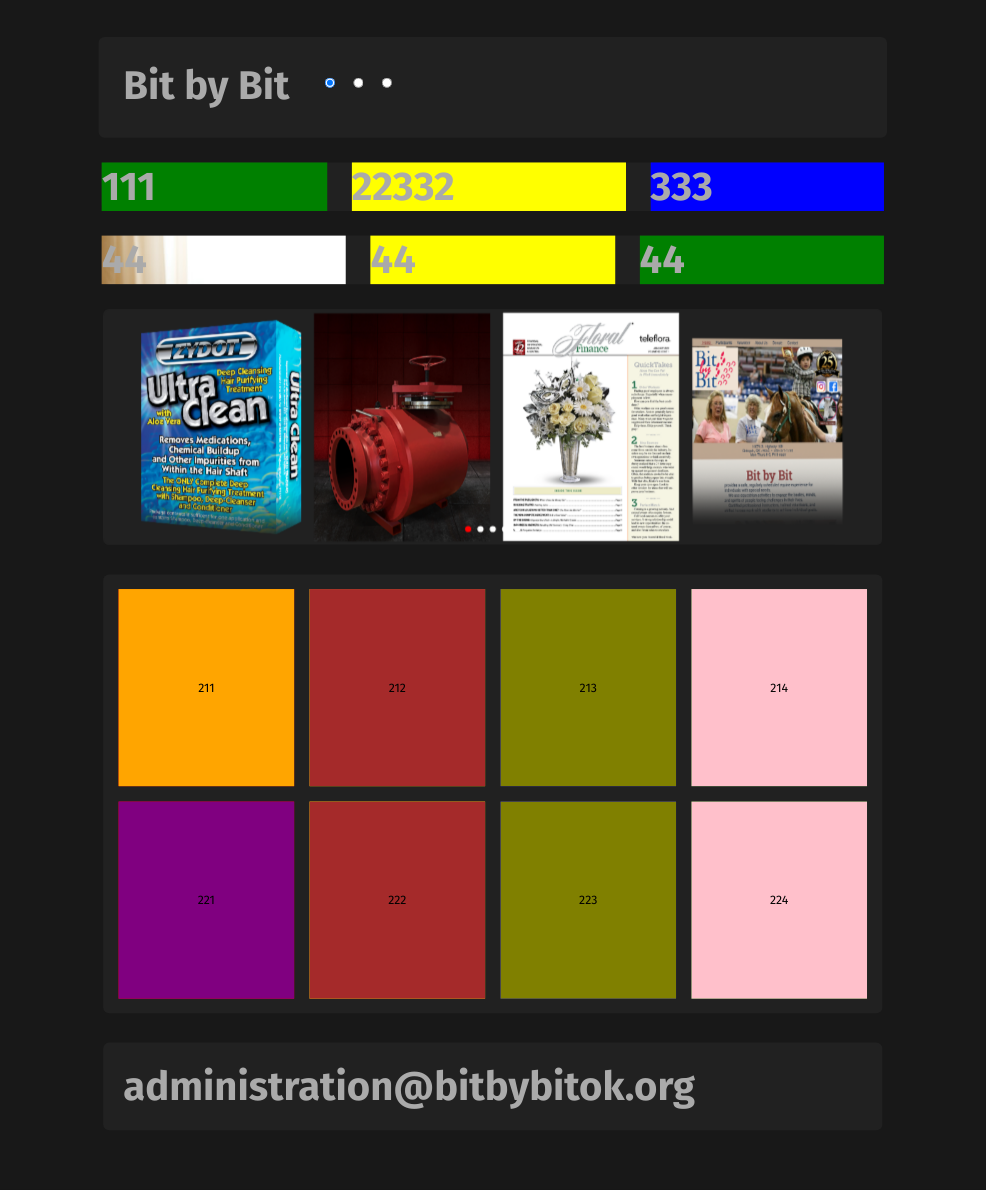
Repository: randy918/portfolio-8
Page: index.html
The author's editor kept a copy of each file at every save. The page is drawn from the files as they stood at one save, then again after the next save.
The browser window is 1280 px wide. The pictures show the whole page, at 77% of full size.
Some web libraries are served in a nearby version. The style sheet was rebuilt from its Sass, Less or Tailwind sources for each picture, by a compiler version that may differ from the author's.

Above is the page before, as saved 2023-09-15 21:32:18.

### index.html
<!DOCTYPE html>
<html lang="en">
<head>
    <meta charset="UTF-8">
    <meta http-equiv="X-UA-Compatible" content="IE=edge">
    <meta name="viewport" content="width=device-width, initial-scale=1.0">
    <script src="https://kit.fontawesome.com/75265fbb8a.js" crossorigin="anonymous"></script>
    <title>Bit by Bit New</title>
    <link
  rel="stylesheet"
  href="https://cdn.jsdelivr.net/npm/swiper@9/swiper-bundle.min.css"
/>
    <link rel="stylesheet" href="css/index.css" />
</head>
<body>


    <nav >Bit by Bit
		<form class="theme-picker" action="">
		<fieldset>
			<legend class = "visually-hidden"><h1>Pick a color scheme:</h1></legend>
			<label for="color-theme" class = "visually-hidden"><h2>Dark</h2></label>
			<input type = "radio"
			name="color-theme" id = "dark-theme" checked>

			<label for="color-theme" class = "visually-hidden"><h2>Bit by Bit</h2></label>
			<input type = "radio"
			name="color-theme" id = "bbb-theme">

			<label for="color-theme" class = "visually-hidden"><h2>Modern</h2></label>
			<input type = "radio"
			name="color-theme" id = "modern-theme">

		</fieldset>
	</form>
</nav>

<div class="nav2">
<div class="nav2__item nav2__item--11">111</div>
<div class="nav2__item nav2__item--12">22332</div>
<div class="nav2__item nav2__item--13">333</div>
</div>

<div class="nav3">
<div class="nav3__item nav3__item--11">44</div>
<div class="nav3__item nav3__item--12">44</div>
<div class="nav3__item nav3__item--13">44</div>
</div>

    <header>

<div class="swiper" id="swiper-1">
  <!-- Additional required wrapper -->
  <div class="swiper-wrapper">
    <!-- Slides -->
    <div class="slide1 swiper-slide "><img src="./images/3-04023-swiper-1.png"></div>
    <div class="slide2 swiper-slide"><img src="./images/3-04023-swiper-2.png"></div>
    <div class="slide3 swiper-slide"><img src="./images/3-04023-swiper-3.png"></div>
    <div class="slide4 swiper-slide"><img src="./images/3-04023-swiper-4.png"></div>
    <div class="slide5 swiper-slide"><img src="./images/3-04023-swiper-44.png"></div>
  </div>
  <!-- If we need pagination -->
  <div class="swiper-pagination"></div>

  <!-- If we need navigation buttons -->
  <!-- <div class="swiper-button-prev"></div>
  <div class="swiper-button-next"></div> -->


</header>

    <main>
        <d

        <div class="piece__container">
               <div class="piece__item piece__item111">111</div>
               <div class="piece__item piece__item112">112</div>
               <div class="piece__item piece__item113">113</div>
               <div class="piece__item piece__item114">114</div>

               <div class="piece__item piece__item121">121</div>
               <div class="piece__item piece__item122">122</div>
               <div class="piece__item piece__item123">123</div>
               <div class="piece__item piece__item124">124</div>

               <div class="piece__item piece__item211">211</div>
               <div class="piece__item piece__item212">212</div>
               <div class="piece__item piece__item213">213</div>
               <div class="piece__item piece__item214">214</div>

               <div class="piece__item piece__item221">221</div>
               <div class="piece__item piece__item222">222</div>
               <div class="piece__item piece__item223">223</div>
               <div class="piece__item piece__item224">224</div>
        </div>
    </div>

    </main>

    <div></div>
    <footer>administration@bitbybitok.org</footer>

    <script src="https://cdn.jsdelivr.net/npm/swiper@9
    /swiper-bundle.min.js"></script>
        		<script src="js/myfunctions.js"></script>
		<script src="js/index.js"></script>
</body>
</html>

### js/myfunctions.js
//todo    Version 40423.0920
//todo
//todo   function a(toAlert)
//todo   function c(toConsole)
//todo   function cb(toConsole)
//todo   function ce(toConsole)
//todo   function cg(toConsole)
//todo   function co(toConsole)
//todo   function cr(toConsole)
//todo   function cv(toConsole)
//todo   function cw(toConsole)
//todo   function r(min, max)  Random integers, can be just 'max'
//todo   function getTime()--works! it is 72519.1414 format
//todo   function getCompleteDate()
//todo   function getMinute()
//todo   function getHour()
//todo   function getHour00()
//todo   function get24Hour()
//todo   function get24Hour00()
//todo   function getDay()
//todo   function getDay00()
//todo   function getMonth()
//todo   function getMonth00()
//todo   function getYear()
//todo   function getYear00()
//todo   function t()    eternal timestamp long number
//todo   function placeText(myIdClass, text)   unsure if it works?
//todo   function placeText2(myIdClass, text)   unsure if it works?
//todo   function getText(myIdClass)....brings whole line incl. tags
//todo   function getInnerText(myIdClass)
//todo   function getOuterText(myIdClass)
//todo   function addClass(myIdClass, newClass)
//todo   function removeClass(myIdClass, removeClass)
//todo   function changeBackgroundColor(myIdClass, color)
//todo   function changeTypeColor(myIdClass, color)
//todo   function changeTypeSize(myIdClass, size)
//todo   function addCSSText(myIdClass, text)

function a(toAlert) {
	alert(toAlert);
}

function c(toConsole) {
	console.log(toConsole);
}

function cb(toConsole) {
	var styles = [
		// 'font-size: 30px',
		"color: blue",
	].join(";");
	console.log(`%c` + toConsole, styles);
}

function ce(toConsole) {
	console.error(toConsole);
}

function cg(toConsole) {
	var styles = [
		// 'font-size: 30px',
		"color: green",
	].join(";");
	console.log(`%c` + toConsole, styles);
}

function co(toConsole) {
	var styles = [
		// 'font-size: 30px',
		"color: orange",
	].join(";");
	console.log(`%c` + toConsole, styles);
}

function cr(toConsole) {
	var styles = [
		// 'font-size: 30px',
		"color: red",
	].join(";");
	console.log(`%c` + toConsole, styles);
}

function cv(toConsole) {
	var styles = [
		// 'font-size: 30px',
		"color: violet",
	].join(";");
	console.log(`%c` + toConsole, styles);
}

function cw(toConsole) {
	console.warn(toConsole);
}

function r(min, max) {
	// 2.0, accepts single value for 1-x
	if (max === undefined) {
		max = min;
		min = 1;
	}
	const randomNumber =
		min - 1 + Math.ceil(Math.random() * (max + 1 - min));
	return randomNumber;
}
// may not be a real function
function getTime() {
	var today = new Date();
	var codeMonth = today.getMonth() + 1;
	var codeDay = today.getDate();
	if (codeDay < 10) {
		codeDay = "0" + codeDay;
	}
	var codeMinute = today.getMinutes();
	var codeHour = today.getHours();
	if (codeMinute < 10) {
		codeMinute = "0" + codeMinute;
	}
	if (codeHour < 10) {
		codeHour = "0" + codeHour;
	}
	var codeYear = today.getFullYear() - 2000;
	var dateTime =
		codeMonth +
		"" +
		codeDay +
		"" +
		codeYear +
		"." +
		codeHour +
		"" +
		codeMinute;
	// document.getElementById(`timeStamp`).innerHTML = dateTime;
	t = setTimeout(function () {
		getTime();
	}, 30000);
	return dateTime;
}

function getCompleteDate() {
	const today = new Date();
	return today;
}

function getMinute() {
	const today = new Date();
	const codeMinute = today.getMinutes();
	if (codeMinute < 10) {
		codeMinute = "0" + codeMinute;
	}
	return codeMinute;
}

function getMinute00() {
	const today = new Date();
	let codeMinute = today.getMinutes();
	if (codeMinute < 10) {
		codeMinute = "0" + codeMinute;
	}
	return codeMinute;
}

function getHour() {
	const today = new Date();
	let codeHour = today.getHours();
	if (codeHour > 12) {
		codeHour = codeHour - 12;
	}
	return codeHour;
}

function getAmPm() {
	let amPm = "am";
	const today = new Date();
	let codeHour = today.getHours();
	if (codeHour > 12) {
		amPm = "pm";
	}
	return amPm;
}

function getHour00() {
	const today = new Date();
	const codeHour = today.getHours();
	if (codeHour > 12) {
		codeHour = codeHour - 12;
	}
	if (codeHour < 10) {
		codeHour = "0" + codeHour;
	}
	return codeHour;
}

function get24Hour() {
	const today = new Date();
	const codeHour = today.getHours();
	return codeHour;
}

function get24Hour00() {
	const today = new Date();
	const codeHour = today.getHours();
	if (codeHour < 10) {
		codeHour = "0" + codeHour;
	}
	return codeHour;
}

function getDayVerbal() {
	const today = new Date();
	const codeDay = today.getDay() + 1;
	return theDay[codeDay];
}

function getDay00() {
	const today = new Date();
	const codeDay = today.getDate();
	if (codeDay < 10) {
		codeDay = "0" + codeDay;
	}
	return codeDay;
}

function getDay() {
	const today = new Date();
	const codeDay = today.getDate();
	return codeDay;
}

function getMonthVerbal() {
	const today = new Date();
	const codeMonth = today.getMonth() + 1;
	return theMonth[codeMonth];
}

function getMonth00() {
	const today = new Date();
	const codeMonth = today.getMonth() + 1;
	if (codeMonth < 10) {
		codeMonth = "0" + codeMonth;
	}
	return codeMonth;
}

function getMonth() {
	const today = new Date();
	const codeMonth = today.getMonth() + 1;
	return codeMonth;
}

function getYear00() {
	const today = new Date();
	const codeYear = today.getYear() - 100;
	if (codeYear < 10) {
		codeMYear = "0" + codeYear;
	}
	return codeYear;
}

function getYear() {
	const today = new Date();
	const codeYear = today.getYear() + 1900;
	return codeYear;
}

function t() {
	const now = new Date();
	eventTimestamp = now.getTime();
	// c(eventTimestamp);
	return eventTimestamp;
}
//    !  72419.1659 DOM MANIPULATION
//!
//!  placeText   element name, and text to put there--runs loosely?

function placeText(myIdClass, text) {
	const myElement = document.querySelector(myIdClass);
	myElement.innerText = text;
}
//    the function is longer than the original
// $(myIdClass).text(text)   <---works
function placeText2(myIdClass, text) {
	$(myIdClass).text(text);
}
function getText(myIdClass) {
	return document.querySelector(myIdClass);
}

function getInnerText(myIdClass) {
	return document.querySelector(myIdClass).innerHTML;
}

function getOuterText(myIdClass) {
	return document.querySelector(myIdClass).outerHTML;
}

function addClass(myIdClass, newClass) {
	document.querySelector(myIdClass).classList.add(newClass);
}

function removeClass(myIdClass, removeClass) {
	document.querySelector(myIdClass).classList.remove(removeClass);
}
// not sure what this one is for now
function containsClass(myIdClass, containsClass) {
	document
		.querySelector(myIdClass)
		.classList.contains(containsClass);
}
// above, can switch and toggle  also  mmtuts YOUTUBE 29-31 USING JAVASCRIPT
function changeBackgroundColor(myId, color) {
	document.getElementById(myId).style.background = color;

	// document.querySelector(myIdClass).style.backgroundColor = color;
}

function changeTypeColor(myIdClass, color) {
	document.querySelector(myIdClass).style.color = color;
}

function changeTypeSize(myIdClass, size) {
	document.querySelector(myIdClass).style.fontSize = size;
}

function addCSSText(myIdClass, text) {
	document.querySelector(myIdClass).style.cssText = text;
}

//!  72519.1714    Common Basic VARIABLE ARRAYS
var theDay = new Array(
	"Zero",
	"Sunday",
	"Monday",
	"Tuesday",
	"Wednesday",
	"Thursday",
	"Friday",
	"Saturday"
);
var theDayMin3 = new Array(
	"Zero",
	"Sun.",
	"Mon.",
	"Tues.",
	"Wed.",
	"Thurs.",
	"Fri.",
	"Sat."
);
var theDayMin2 = new Array(
	"Zero",
	"S",
	"M",
	"Tu",
	"W",
	"Th",
	"F",
	"S"
);
var theDayMin1 = new Array("Zero", "S", "M", "T", "W", "T", "F", "S");
var theMonth = new Array(
	"Zero",
	"January",
	"February",
	"March",
	"April",
	"May",
	"June",
	"July",
	"August",
	"September",
	"October",
	"November",
	"December"
);
var theMonthMin = new Array(
	"Zero",
	"Jan.",
	"Feb.",
	"Mar.",
	"Apr.",
	"May",
	"June",
	"July",
	"Aug.",
	"Sept.",
	"Oct.",
	"Nov.",
	"Dec."
);

function showDateTimeFormat() {
	const today = new Date();
	const formattedDate = new Intl.DateTimeFormat("en-US").format(
		today
	);
	const consoleFunctioningMessage = `
Console functioning: ${getDayVerbal()}, ${getMonthVerbal()} ${getDay()} at ${getHour()}:${getMinute00()}${getAmPm()}
  `;
	return consoleFunctioningMessage;
}
showDateTimeFormat();

console.log(
	`%c${showDateTimeFormat()}`,
	"font-size: 20px; color: gray"
);

//console.log("%cThis is a default font style", "color: blue; font-size: 20px");

### js/index.js
co("javascript testing OK");

cr(`This is ${getCompleteDate()}`);

const main = function () {
  new Swiper("#swiper-1", {
    effect: "cube", // delete for sideways motion, use fade
    autoplay: {
      delay: 66500,
    },
    pagination: {
      el: "#swiper-1 .swiper-pagination",
      clickable: true,
    },
    lazyloading: true,
    loop: true,
  });
};
main();

### css/index.scss
//! VARIABLES

@import url("https://fonts.googleapis.com/css2?family=Fira+Sans:ital,wght@0,400;0,700;0,900;1,400;1,700;1,900&display=swap");
:root {
  --border-radius: 0.5rem;
  --width-max: 75vw;

  --background-color: rgb(24, 24, 24);
  --background-color--cell: rgb(33, 33, 33);

  --gap: 2rem;
  --gap-big: 3rem;

  --type-color-one: rgb(170, 170, 170);
  --type-color-two: rgb(61, 61, 61);

  --font-size-400: 1rem;
  --font-size-700: 1.25rem;
  --font-size-900: 1.5rem;
  --font-size-ultra: 3.25rem;
}

//!  SETUP

* *::before,
* *::after {
  box-sizing: border-box;
  border: none;
}
* body,
* h1,
* h2,
* h3,
* h4,
* p,
* figure,
* blockquote,
* dl,
* dd {
  margin: 0;
  font-family: "Fira Sans", sans-serif;
}

//! BASIC

body {
  margin-top: var(--gap-big);
  background-color: var(--background-color);
}

h1 {
  font-size: var(--font-size-700);
  color: var(--type-color-one);
}

h2 {
  font-size: var(--font-size-400);
  color: var(--type-color-one);
}

body::-webkit-scrollbar {
  display: none;
}

//! DICTIONARY

.theme-picker > fieldset {
  border: 0;
  display: flex;
  gap: 1rem;
  width: fit-content;
  // background: #ffff;
  // padding: 1rem 3rem;
  // margin-inline:auto;
  // border-radius: 0 0
}

.visually-hidden {
  clip: rect(0, 0, 0, 0);
  clip-path: inset(50%);
  height: 1px;
  overflow: hidden;
  position: absolute;
  white-space: nowrap;
  width: 1px;
}

.st1 {
  stroke-dasharray: 6000px;
  stroke-dashoffset: 6000px;
  transition: 10s all;
}

//! MAPPED STEP BY STEP

nav {
  display: flex;
  color: var(--type-color-one);
  font-family: "Fira Sans", sans-serif;
  font-weight: 700;
  font-size: var(--font-size-ultra);
  padding: var(--gap);
  margin: 0 auto;
  background-color: var(--background-color--cell);
  border-radius: var(--border-radius);
  width: var(--width-max);
}

//! NAV2 is a fully explained Flex module 9-11-23-2029

.nav2 {
  //! CRITICAL FLEX BOX PARAMETERS Ideal
  display: flex;
  justify-content: begin;
  gap: var(--gap);
  //! (horizontal) flex-start flex-end center space-between space-around space-evenly
  align-items: flex-start;
  //! (vertical) flex-start flex-end center space-between space-around space-evenly
  flex-direction: row;
  //! row(default) row-reverse column column-reverse
  color: var(--type-color-one);
  background-color: var(--background-color--cell);

  font-family: "Fira Sans", sans-serif;
  font-weight: 700;
  font-size: var(--font-size-ultra);

  padding: calc(var(--gap) * 0);
  padding-left: calc(var(--gap) * 0);
  padding-right: calc(var(--gap) * 0);
  margin: 0 auto;
  margin-top: var(--gap);

  border-radius: var(--border-radius);
  width: calc(var(--width-max) + 3.5rem);

  &__item {
    display: flex;
    flex-wrap: nowrap;
    background-color: red;

    &--11 {
      display: flex;
      flex-wrap: nowrap;
      align-self: flex-start;
      flex-grow: 1;
      //! flex-basis: 0; to adjust starting size before flex-grow

      // height: 3rem;
      background-color: green;
    }

    &--12 {
      display: flex;
      flex-wrap: nowrap;
      align-self: flex-start;
      flex-grow: 1;

      // height: 5rem;
      background-color: yellow;
    }

    &--13 {
      display: flex;
      flex-wrap: nowrap;
      align-self: flex-start;
      flex-grow: 1;

      // height: 7rem;
      background-color: blue;
    }
  }
}

.nav2__item {
}

.nav2__item11 {
}
.nav2__item12 {
  background-color: blue;
}

.nav3 {
  //! CRITICAL FLEX BOX PARAMETERS Ideal
  display: flex;
  justify-content: begin;
  gap: var(--gap);
  //! (horizontal) flex-start flex-end center space-between space-around space-evenly
  align-items: flex-start;
  //! (vertical) flex-start flex-end center space-between space-around space-evenly
  flex-direction: row;
  //! row(default) row-reverse column column-reverse
  color: var(--type-color-one);
  background-color: var(--background-color--cell);

  font-family: "Fira Sans", sans-serif;
  font-weight: 700;
  font-size: var(--font-size-ultra);

  padding: calc(var(--gap) * 0);
  padding-left: calc(var(--gap) * 0);
  padding-right: calc(var(--gap) * 0);
  margin: 0 auto;
  margin-top: var(--gap);

  border-radius: var(--border-radius);
  width: calc(var(--width-max) + 3.5rem);

  &__item {
    display: flex;
    flex-wrap: nowrap;
    background-color: red;

    &--11 {
      display: flex;
      flex-wrap: nowrap;
      align-self: flex-start;
      flex-grow: 1;
      //! flex-basis: 0; to adjust starting size before flex-grow

      // height: 3rem;
      background-color: green;
      background-image: url("../images/shutterstock_1079740604-MEDIUM.jpg")
    }

    &--12 {
      display: flex;
      flex-wrap: nowrap;
      align-self: flex-start;
      flex-grow: 1;

      // height: 5rem;
      background-color: yellow;
    }

    &--13 {
      display: flex;
      flex-wrap: nowrap;
      align-self: flex-start;
      flex-grow: 1;

      // height: 7rem;
      background-color: green;
    }
  }
}

.nav3__item {
}

.nav3__item11 {
}
.nav3__item12 {
  background-color: green;
}

.division-container {
  display: grid;
  grid-auto-columns: 1fr;
  grid-template-columns: 3.5fr repeat(2, 2fr);
  grid-template-rows: 1fr;
  gap: 0px 16px;
  width: 100%;
  height: 100%;
}

header {
  margin: 0 auto;
  margin-top: 2.5vw;
  width: 79vw;
  background-size: cover;
}

.swiper {
  height: 24vw;
  background-color: var(--background-color--cell);
  border-radius: var(--border-radius);
  overflow: hidden;
}

.swiper-slide img {
  background-color: var(--background-color--cell);
  height: 100%;
  -o-object-fit: cover;
  object-fit: cover;
  -o-object-position: center;
  object-position: center;
  width: 79vw;
  border-radius: var(--border-radius);
}

#swiper-1 .swiper-pagination {
  bottom: 1vw;
}

#swiper-1 .swiper-pagination-bullet {
  opacity: 1;
  background-color: white;
}

#swiper-1 .swiper-pagination-bullet-active {
  opacity: 1;
  background-color: red;
}

main {
  display: block;
  margin-top: 3vw;
}

.select__container {
  background-color: var(--background-color--cell);
  border-radius: var(--border-radius);
  display: flex;
  flex-direction: row;
  align-items: center;
  height: 6vw;
  justify-content: center;
  margin-bottom: 3vw;
  margin-top: 3vw;
  margin: 0 auto;
  padding-bottom: 1.5vw;
  padding-left: 0.5vw;
  padding-right: 0.5vw;
  padding-top: 1.5vw;
  width: 78vw;
  color: rgb(170, 170, 170);
}
.select__item {
  display: flex;
  background-color: rgb(24, 24, 24);
  font-size: var(--font-size-400);
  padding: 2vw;
  margin-left: 1vw;
  margin-right: 1vw;
  height: 45%;
  border-radius: calc(var(--border-radius) * 0.5);
  flex-grow: 1;
  justify-content: center;
}
.select__item0 {
  background-color: rgb(24, 24, 24);
  flex-grow: 4;
  padding-left: 2vw;
  padding-right: 2vw;
  padding-top: 0.5vw;
  padding-bottom: 0.5vw;
  width: 20vw;
  height: 100%;
}

.piece__ {
  &container {
    background-color: var(--background-color--cell);
    border-radius: var(--border-radius);
    margin: 0 auto;
    margin-top: 3vw;
    margin-bottom: 3vw;
    padding-top: 1.5vw;
    padding-bottom: 1.5vw;
    width: 76vw;
    margin-left: 10.5vw;
    padding-left: 1.5vw;
    padding-right: 1.5vw;
    display: grid;
    grid-template-rows: repeat(2, 20vw);
    grid-template-columns: repeat(4, 1fr);
    grid-row-gap: 1.5vw;
    grid-column-gap: 1.5vw;
  }
}

.piece__item {
  display: flex;
  background-color: rgb(24, 24, 24);
  padding: 2vw;
  align-items: center;
  justify-content: center;
}

.piece__item111 {
  background-color: red;
  grid-column: 1 /2;
  grid-row: 1 / 2;
}

.piece__item112 {
  background-color: yellow;
  grid-column: 2 / 3;
  grid-row: 1 / 2;
}
.piece__item113 {
  background-color: blue;
  grid-column: 3 / 4;
  grid-row: 1 / 2;
}

.piece__item114 {
  background-color: green;
  grid-column: 4 / 5;
  grid-row: 1 / 2;
}

.piece__item121 {
  background-color: red;
  grid-column: 1 / 2;
  grid-row: 2 / 3;
}

.piece__item122 {
  background-color: yellow;
  grid-column: 2 / 3;
  grid-row: 2 / 3;
}
.piece__item123 {
  background-color: blue;
  grid-column: 3 / 4;
  grid-row: 2 / 3;
}

.piece__item124 {
  background-color: green;
  grid-column: 4 / 5;
  grid-row: 2 / 3;
}

.piece__item211 {
  background-color: orange;
  grid-column: 1 /2;
  grid-row: 1 / 2;
  transition: 500ms;
}

.piece__item211:hover {
  background-color: red;
  grid-column: 1 /2;
  grid-row: 1 / 2;
}

.piece__item212 {
  background-color: brown;
  grid-column: 2 / 3;
  grid-row: 1 / 2;
}

.piece__item213 {
  background-color: olive;
  grid-column: 3 / 4;
  grid-row: 1 / 2;
}

.piece__item214 {
  background-color: pink;
  grid-column: 4 / 5;
  grid-row: 1 / 2;
}

.piece__item221 {
  background-color: purple;
  grid-column: 1 /2;
  grid-row: 2 / 3;
}

.piece__item222 {
  background-color: brown;
  grid-column: 2 / 3;
  grid-row: 2 / 3;
}

.piece__item223 {
  background-color: olive;
  grid-column: 3 / 4;
  grid-row: 2 / 3;
}

.piece__item224 {
  background-color: pink;
  grid-column: 4 / 5;
  grid-row: 2 / 3;
}

footer {
  display: flex;
  color: var(--type-color-one);
  font-family: "Fira Sans", sans-serif;
  font-weight: 700;
  font-size: var(--font-size-ultra);
  padding: 2vw;
  margin: 0 auto;
  margin-top: 2.5vw;
  margin-bottom: 6vw;
  background-color: var(--background-color--cell);
  border-radius: var(--border-radius);
  width: var(--width-max);
} /*# sourceMappingURL=index.css.map */

After the next save:
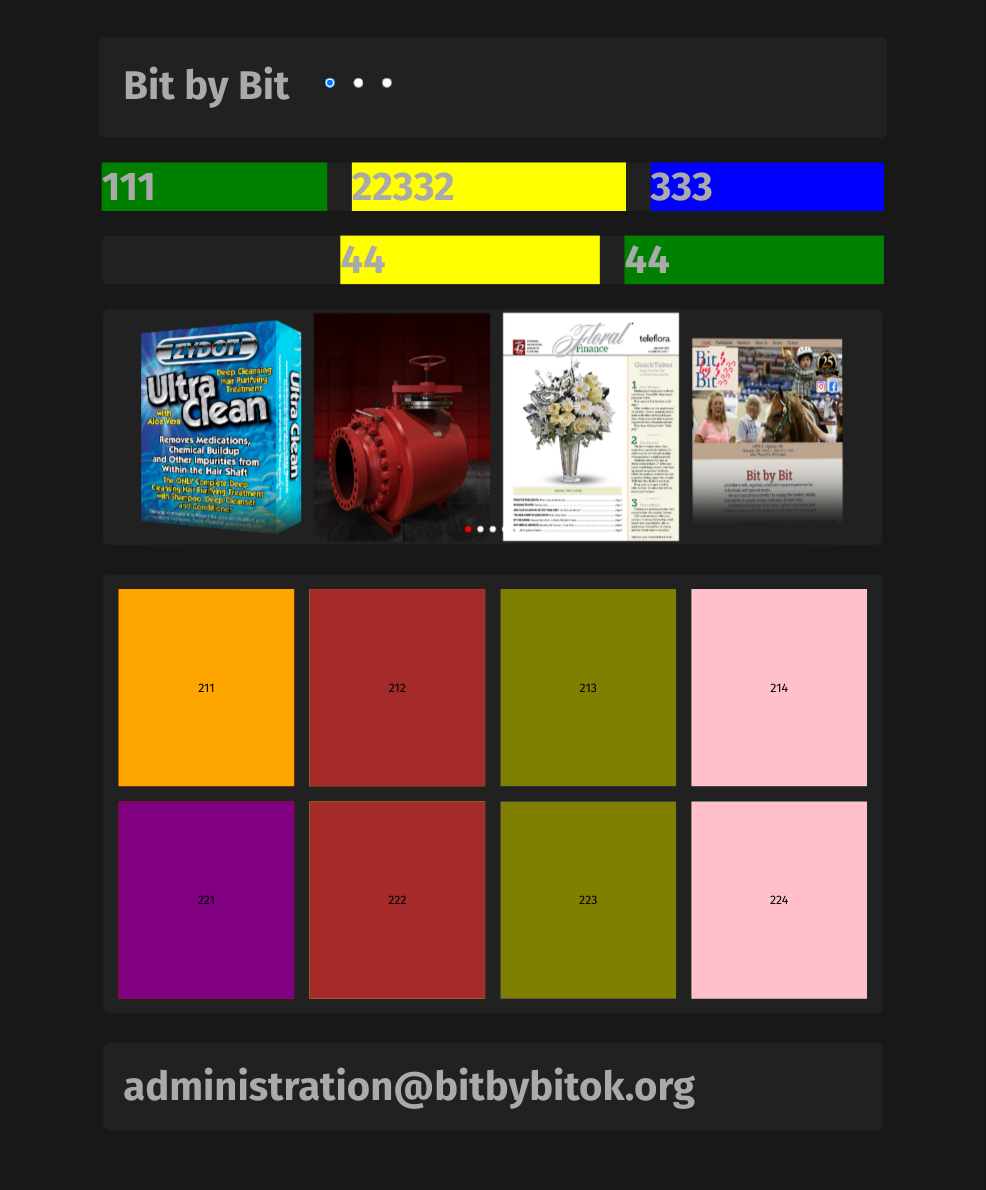
Saved 17 s later.
--- a/index.html
+++ b/index.html
@@ -42,7 +42,7 @@
 </div>
 
 <div class="nav3">
-<div class="nav3__item nav3__item--11">44</div>
+<div class="nav3__item nav3__item--11"></div>
 <div class="nav3__item nav3__item--12">44</div>
 <div class="nav3__item nav3__item--13">44</div>
 </div>
